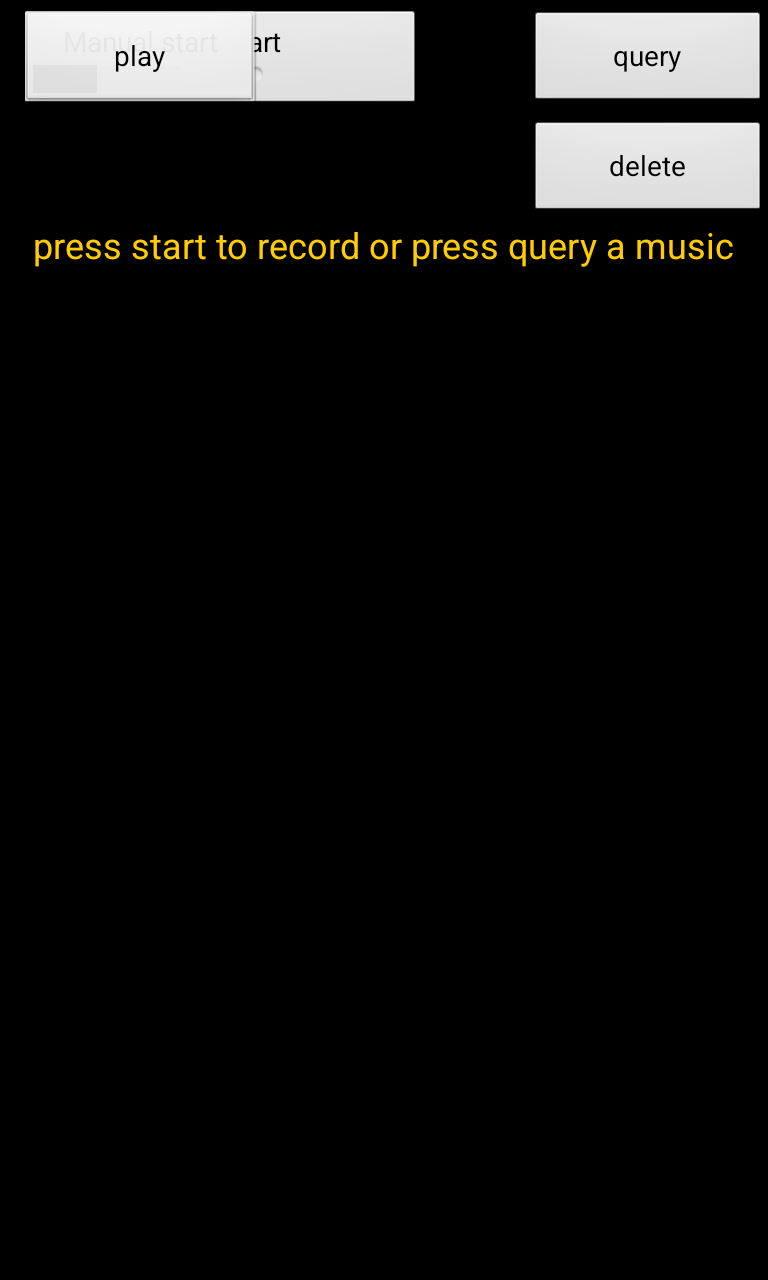
Repository: FreyrChen/tucan_Linux_practice
Layout: 4_Android_program/MusicIdentify/res/layout/activity_main.xml
These files come from the project's save history. The layout is drawn as it stood at one moment and after the next save; the edit follows.
It is drawn on a 768 x 1280 px phone screen (xhdpi) without system bars, with theme AppTheme; the app's code is not run. Lists and similar views that code fills are empty.

Above is the layout before, as saved 2013-06-09 08:18:05.

### 4_Android_program/MusicIdentify/res/layout/activity_main.xml
<RelativeLayout xmlns:android="http://schemas.android.com/apk/res/android"
    xmlns:tools="http://schemas.android.com/tools"
    android:layout_width="match_parent"
    android:layout_height="match_parent"
    android:background="#000000"
    tools:context=".MainActivity" >

    <ToggleButton
		android:id="@+id/auto_record_button"
		android:textOn="@string/stop"
		android:textOff="@string/auto_start"
	 	android:layout_width="200dp"
	 	android:layout_height="50dp"
	    android:layout_marginTop="5dp"
	    android:layout_marginLeft="10dp"
 	/>

     <ToggleButton
		android:id="@+id/manual_record_button"
		android:textOn="@string/stop"
		android:textOff="@string/manual_start"
	 	android:layout_width="120dp"
	 	android:layout_height="50dp"
	    android:layout_alignParentLeft="true"
	    android:layout_marginTop="5dp"
	    android:layout_marginLeft="10dp"
 	/>

    <Button
	 	android:id="@+id/query_button"
	 	android:layout_width="120dp"
	 	android:layout_height="50dp"
	 	android:text="@string/query"
	    android:layout_marginTop="5dp"
	    android:layout_marginLeft="10dp"
	    android:layout_alignParentRight="true"
 	/>

    <Button
	 	android:id="@+id/play_button"
		android:text="@string/play"
	 	android:layout_width="120dp"
	 	android:layout_height="50dp"
	    android:layout_alignParentLeft="true"
	    android:layout_marginTop="5dp"
	    android:layout_marginLeft="10dp"
	    android:layout_below="@+id/start_button"
 	/>


    <Button
	 	android:id="@+id/delete_button"
	 	android:layout_width="120dp"
	 	android:layout_height="50dp"
	 	android:text="@string/delete"
	    android:layout_marginTop="5dp"
	    android:layout_marginLeft="10dp"
	    android:layout_alignParentRight="true"
	    android:layout_below="@+id/query_button"
 	/>

    <TextView
        android:id="@+id/info_text"
        android:layout_width="wrap_content"
        android:layout_height="wrap_content"
        android:layout_centerHorizontal="true"
        android:textSize="18sp"
        android:text="@string/init_text"
        android:background="#00FF0000"
	    android:textColor="#FFCC00"
	    android:layout_below="@+id/delete_button"
    />

	<ListView
        android:id="@+id/music_List"
        android:layout_width="wrap_content"
        android:layout_height="wrap_content"
        android:layout_centerHorizontal="true"
        android:background="#00FF0000"
	    android:textColor="#FF0000"
	    android:layout_below="@+id/info_text"
    />



</RelativeLayout>

### 4_Android_program/MusicIdentify/res/values/strings.xml
<?xml version="1.0" encoding="utf-8"?>
<resources>

    <string name="app_name">MusicIdentify</string>
    <string name="init_text">press start to record or press query a music</string>
    <string name="menu_settings">Settings</string>
    <string name="start">start</string>
    <string name="stop">stop</string>
    <string name="play">play</string>
    <string name="query">query</string>
    <string name="delete">delete</string>
    <string name="manual_start">Manual start</string>
    <string name="auto_start">Auto start</string>


</resources>

Loaded but not shown: 4_Android_program/MusicIdentify/res/values/styles.xml (common file)

After the next save:
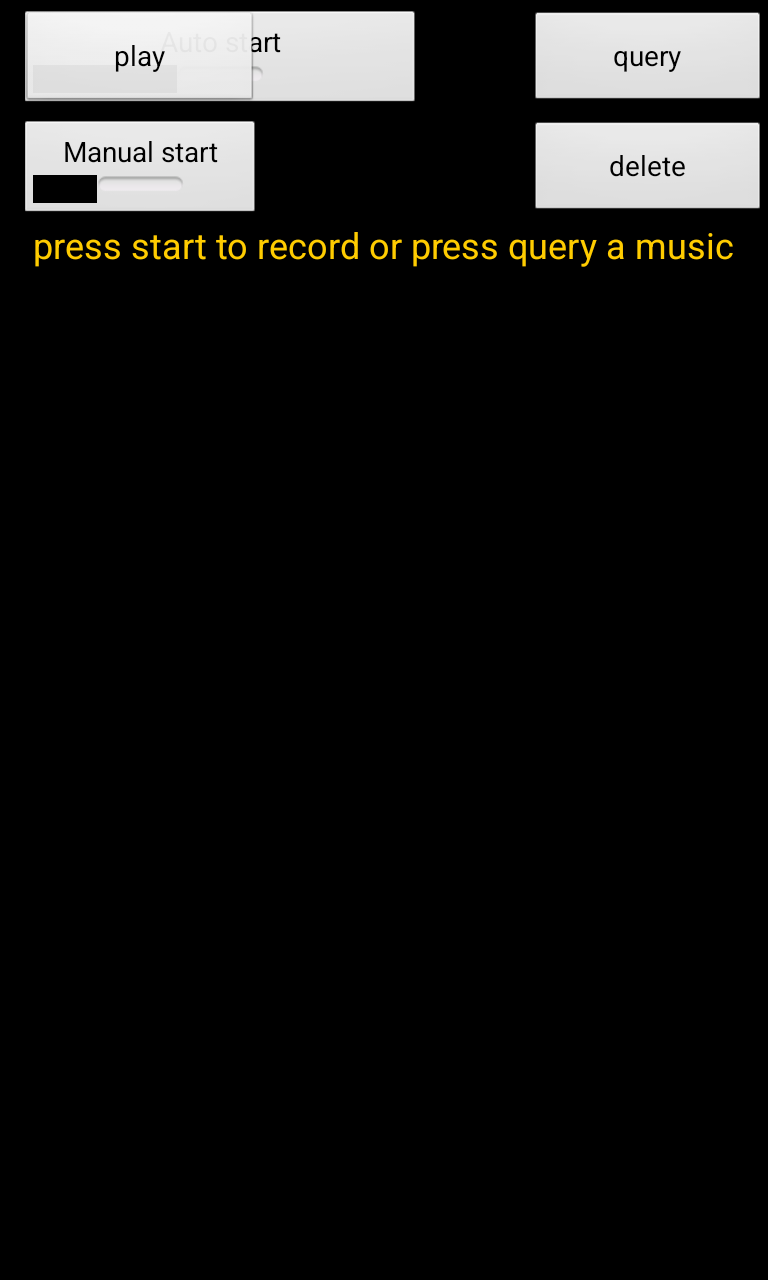
Saved 34 s later.
--- a/4_Android_program/MusicIdentify/res/layout/activity_main.xml
+++ b/4_Android_program/MusicIdentify/res/layout/activity_main.xml
@@ -24,6 +24,7 @@
 	    android:layout_alignParentLeft="true"
 	    android:layout_marginTop="5dp"
 	    android:layout_marginLeft="10dp"
+	    android:layout_below="@+id/auto_record_button"
  	/>
 
     <Button
